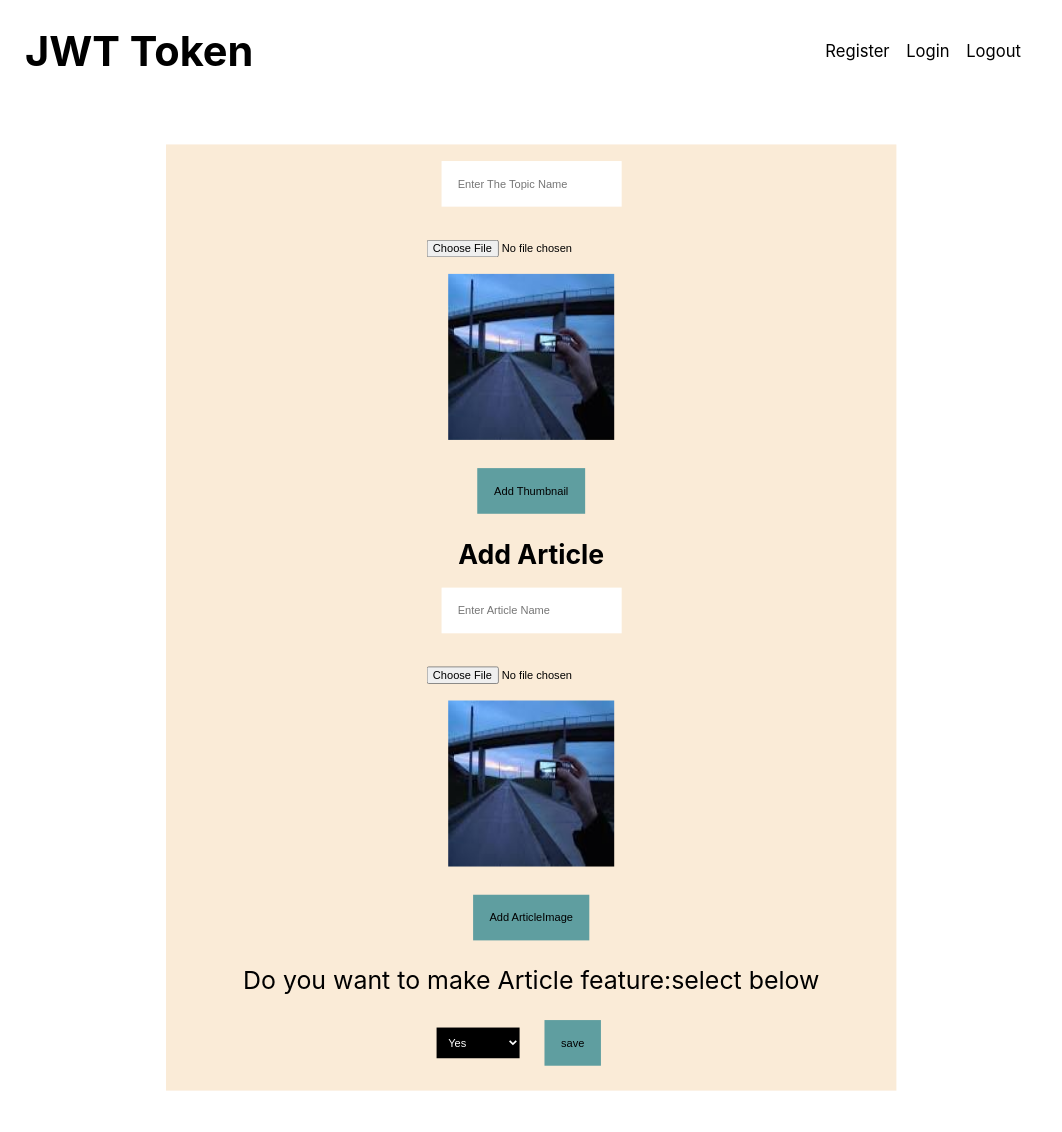
Repository: Prafullkuma/jwttoken
Page: /admin
An editor plug-in stored every save of this project. The page is shown before and after the next save, followed by the edit.
The browser window is 1280 px wide. The pictures show the whole page, at 83% of full size.
The project was rebuilt for these pictures with package versions that can differ from the ones it lists, and the page was loaded fresh each time. Also part of the build but not shown: src/App.css, src/component/Auth/Signup.js, src/component/Auth/Signin.js, src/component/User/User.js, src/component/Home/Home.js, src/component/Auth/Logout.js.

Above is the page before, as saved 2020-08-22 22:15:33.

### src/App.js
import React from 'react';
import { BrowserRouter, Route } from 'react-router-dom'
import './App.css';
import Navbar from './component/Navbar'
import Signup from './component/Auth/Signup';
import Signin from './component/Auth/Signin';
import User from './component/User/User';
import Dashboard from './component/Admin/Dashboard';
import Home from './component/Home/Home';
import Logout from './component/Auth/Logout'
function App() {
  return (
    <div className="App">
      <BrowserRouter>
        <Navbar />
        <Route path="/signup" component={Signup} />
        <Route path="/signin" component={Signin} />
        <Route path="logout" component={Logout} />
        <Route path="/user" component={User} />
        <Route path="/admin" component={Dashboard} />
        <Route exact path="/" component={Home} />
      </BrowserRouter>
    </div>
  );
}

export default App;

### src/component/Navbar.js
import React from 'react'
import { Link } from 'react-router-dom'
import './Navbar.css'
function Navbar() {
    return (
        <div>
            <section className="Nav">
                <h1> <Link to="/">JWT Token</Link></h1>
                <nav className="navbar-items">
                    <ul>
                        <li><Link to="/signup">Register</Link></li>
                        <li><Link to="/signin">Login</Link></li>
                        <li><Link to="/">Logout</Link></li>
                    </ul>

                </nav>
            </section>
        </div>
    )
}

export default Navbar

### src/component/Admin/Dashboard.js
import React, { useState } from 'react'
import './Dashboard.css'
function Dashboard() {
    const [topic, setTopic] = useState('')
    const [thumbnail, setThumbnail] = useState()
    const [title, setTitle] = useState('')
    const [articleImage, setArticleImage] = useState('')
    const [feature, setFeature] = useState('')
    const [flag, setFlag] = useState(false)
    const addThumbnail = (e) => {
        console.log(e.target.file)
    }
    const addArticleImage = () => {

    }
    const saveAllData = () => {

    }
    return (
        <div className="Dashboard">
            <div className="Topic_name">
                <input type="text"
                    value={topic}
                    onChange={e => setTopic(e.target.value)}
                    placeholder="Enter The Topic Name" />
                <br />
                <input type="file"
                    value={thumbnail}
                    onChange={e => setThumbnail(e.target.value)} /><br />
                <img src="data:[embedded picture, 4947 characters]" alt="Thumbnail profile" /><br />
                <button onClick={addThumbnail}> Add Thumbnail</button>

            </div>
            <div className="ArticleName">
                <h1> Add Article</h1>
                <input type="text"
                    value={title}
                    placeholder="Enter Article Name"
                    onChange={e => setTitle(e.target.value)} />
                <br />
                <input type="file"
                    value={articleImage}
                    onChange={e => setArticleImage(e.target.value)} /><br />
                <img src="data:[embedded picture, 4947 characters]" alt="Articleprofile" /><br />
                <button onClick={addArticleImage}> Add ArticleImage</button><br />
                <span>Do you want to make Article feature:select below</span><br />
                <select value={feature} onChange={e => setFeature(e.target.value)}>
                    <option selected value={true}>Yes</option>
                    <option value={false}>No</option>
                </select>

                <button type="submit" onClick={saveAllData}> save</button>
            </div>

        </div>
    )
}

export default Dashboard

### src/component/Navbar.css
.Nav{
display: flex;
align-items: center;
justify-content: space-between;
padding: 30px;
}
ul,li{
    list-style: none;
    float: left;
    margin: 10px;
    font-size: 20px;
}
.Nav h1{
    font-size: 50px;
}
.Nav a{
    text-decoration: none;
    color:black
}
.navbar-items{
    display: flex;
}

### src/component/Admin/Dashboard.css
.Dashboard{
    margin-top: 50px;
    display: flex;
    flex-direction: column;
    margin: 50px 200px;
    background-color: antiquewhite;
    text-align: center;
}
.Dashboard input{
    border: none;
    padding: 20px;
    margin-top: 20px;
}
.Dashboard button{
    padding: 20px;
    margin: 30px;
    border: none;
    background-color: cadetblue;
    cursor: pointer;
}
.Dashboard span{
    font-size: 30px;
}
.Dashboard img{
    height: 200px;
    width: 200px;
}
.Dashboard select{
    padding: 10px;
    border: none;
    background-color: black;
    color:white;
    width:100px;
}

Loaded but not shown: src/index.js (common file); src/index.css (common file)

After the next save:
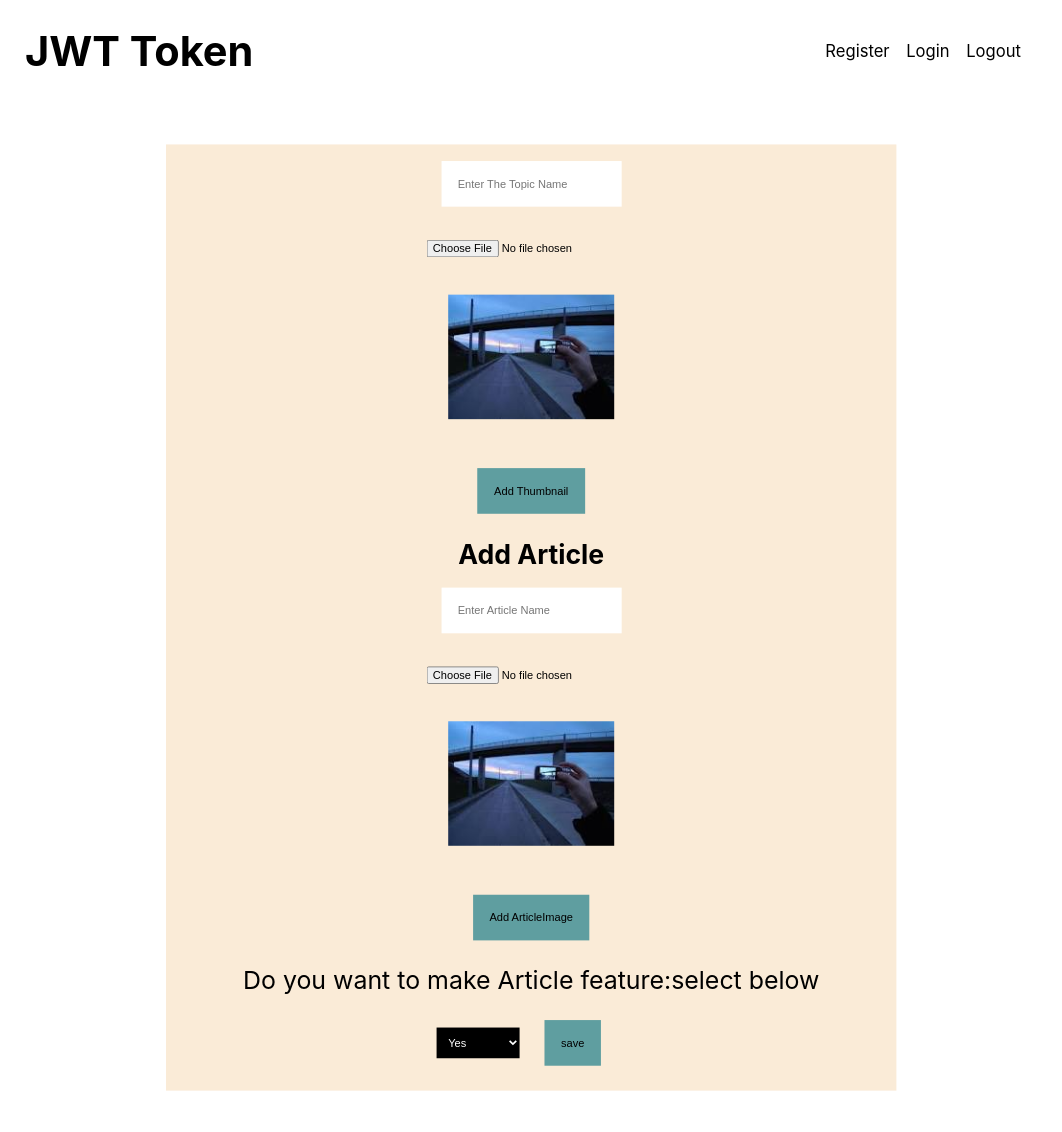
Saved 20 s later.
--- a/src/component/Admin/Dashboard.css
+++ b/src/component/Admin/Dashboard.css
@@ -24,6 +24,7 @@
 .Dashboard img{
     height: 200px;
     width: 200px;
+    object-fit: contain;
 }
 .Dashboard select{
     padding: 10px;
